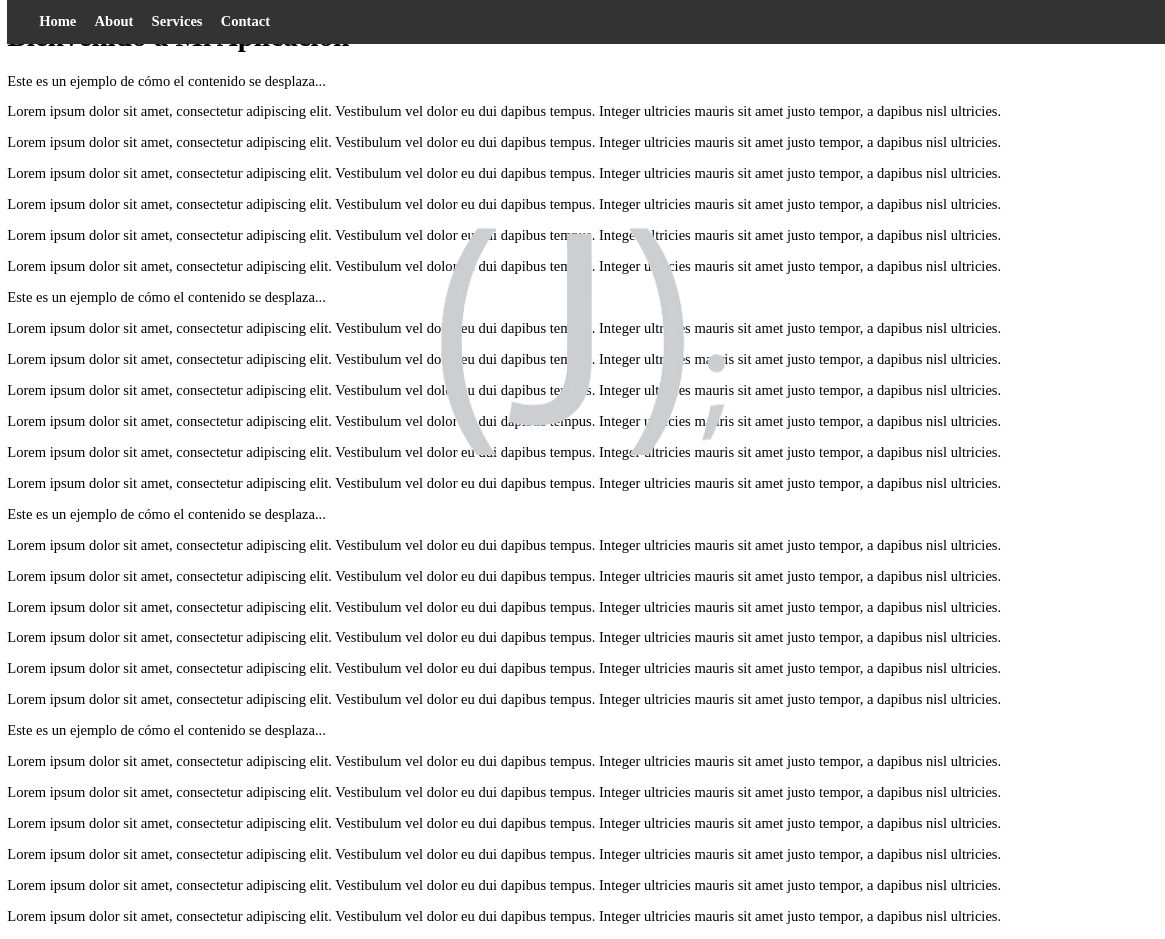
Repository: JoyMoGas/HelujaArc
Page: http://localhost/
An editor plug-in stored every save of this project. The page is shown before and after the next save, followed by the edit.
The browser window is 1280 px wide. The pictures show the whole page, at 91% of full size.
The page is served by the project's application, run on Flask 3 (run.py).

Above is the page before, as saved 2024-08-11 15:12:17.

After the next save:
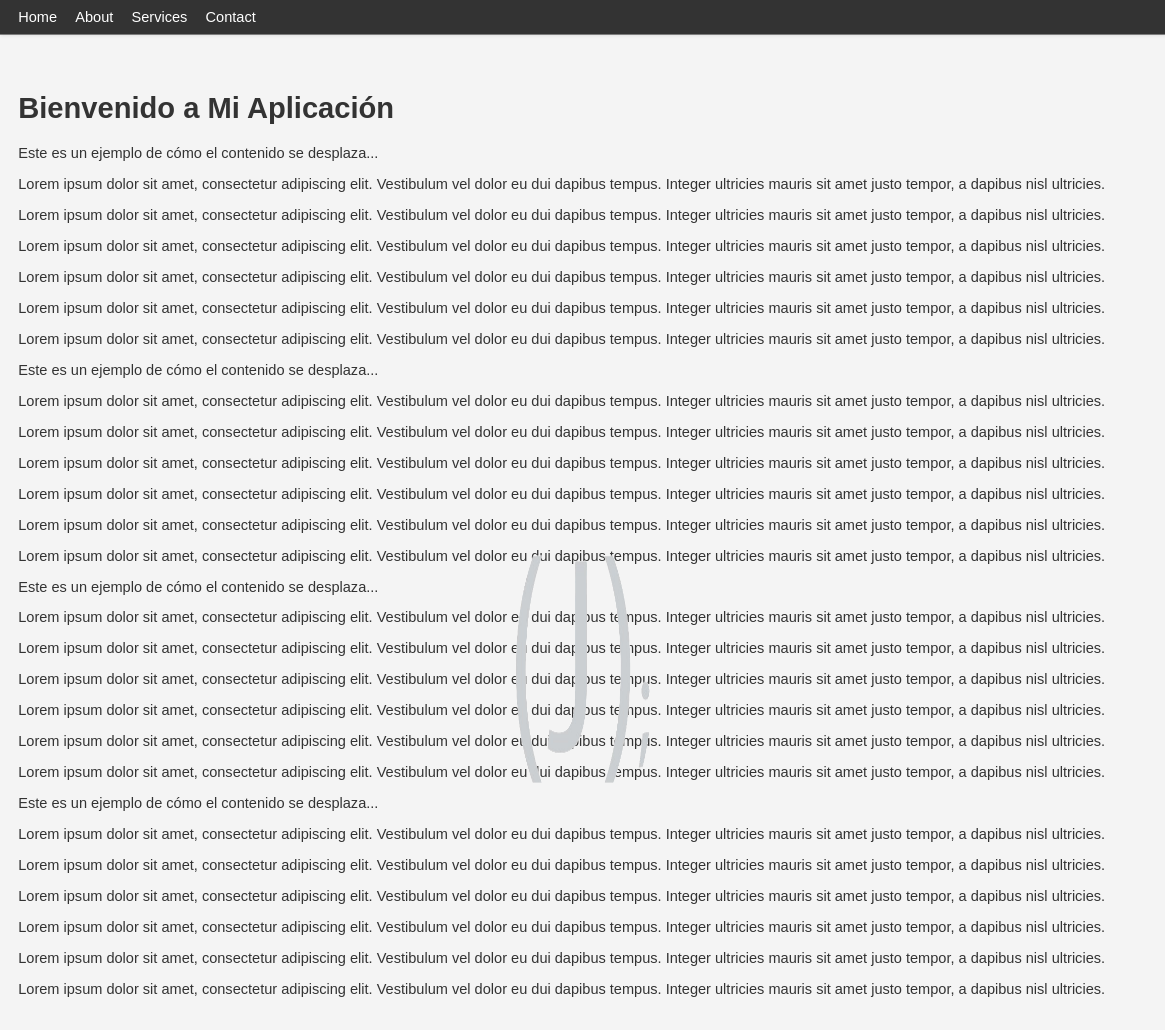
Saved 51 s later.
--- a/static/style.css
+++ b/static/style.css
@@ -1,22 +1,29 @@
-/* Estilos para la navbar */
+/* Estilo general para el body */
+body {
+    margin: 0;
+    font-family: Arial, sans-serif;
+    background-color: #f4f4f4; /* Color de fondo del body */
+    color: #333; /* Color del texto */
+    padding: 0;
+    overflow-x: hidden; /* Evita el scroll horizontal */
+}
+
+/* Estilo para la navbar */
 .navbar {
     position: fixed;
+    top: 0;
     width: 100%;
-    top: 0;
-    background-color: #333;
-    color: white;
-    padding: 15px;
-    z-index: 1000;
+    background-color: #333; /* Color de fondo de la navbar */
+    color: #fff; /* Color del texto */
+    padding: 10px 20px; /* Espaciado interno */
+    box-shadow: 0 2px 4px rgba(0,0,0,0.1); /* Sombra para dar profundidad */
+    z-index: 1000; /* Asegúrate de que esté por encima de otros elementos */
     display: flex;
+    align-items: center;
     justify-content: space-between;
-    align-items: center;
 }
 
-/* Ocultamos el logotipo de la navbar por defecto */
-.navbar-logo {
-    display: none;
-}
-
+/* Estilo para los enlaces de la navbar */
 .navbar-links {
     list-style: none;
     margin: 0;
@@ -25,39 +32,59 @@
 }
 
 .navbar-links li {
-    margin-left: 20px;
+    margin-right: 20px;
 }
 
 .navbar-links a {
+    color: #fff;
     text-decoration: none;
-    color: white;
-    font-weight: bold;
     font-size: 16px;
 }
 
 .navbar-links a:hover {
-    color: #ddd;
+    text-decoration: underline;
 }
 
-/* Estilos para el logotipo en el body */
-.body-logo {
-    position: relative;
-    margin: 100px auto;
-    text-align: center;
-    transition: transform 0.5s ease, width 0.5s ease; /* Transición suave para el movimiento y el tamaño */
-    transform-origin: top left; /* El logotipo se deslizará desde la esquina superior izquierda */
+/* Estilos base para el logotipo */
+.logo-container {
+    position: absolute;
+    top: 50%;
+    left: 50%;
+    transform: translate(-50%, -50%);
+    transition: all 0.5s ease; /* Transición suave */
 }
 
-.body-logo img {
-    width: 150px;
+#logo {
+    width: 150px; /* Tamaño inicial */
+    height: auto;
 }
 
-/* Estado del logotipo cuando se mueve a la navbar */
-.sticky-logo {
-    position: fixed;
-    top: 15px; /* Alinear con la navbar */
-    left: 15px; /* Alinear con la navbar */
-    width: 40px; /* Reducir el tamaño del logotipo */
-    transform: translateX(-50%) translateY(-50%); /* Deslizarse a la nueva posición */
-    transition: transform 0.5s ease, width 0.5s ease; /* Aplicar la misma transición */
+.navbar-logo {
+    display: block; /* Asegúrate de que esté visible */
+    position: absolute;
+    top: 10px; /* Ajusta según el diseño */
+    right: 10px;
 }
+
+.navbar-logo img {
+    width: 50px; /* Tamaño en la navbar */
+    height: auto;
+}
+
+/* Estilos cuando el usuario hace scroll */
+.scroll-active .logo-container {
+    top: 10px; /* Posición en la navbar */
+    left: auto;
+    right: 10px;
+    transform: none;
+}
+
+.scroll-active #logo {
+    width: 50px; /* Tamaño en la navbar */
+}
+
+/* Estilo adicional para la sección de contenido */
+.content {
+    padding: 20px;
+    margin-top: 60px; /* Espacio para que el contenido no quede oculto detrás de la navbar */
+}
